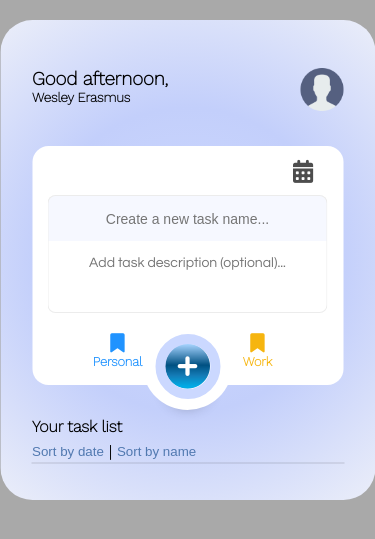
Repository: WesleyErasmus/Todo-App
Page: todoApp.html
These files come from the project's save history. The page is drawn as it stood at one moment and after the next save; the edit follows.
The browser window is 375 px wide. The pictures show the whole page.
Some web libraries are served in a nearby version.

Above is the page before, as saved 2022-06-25 11:52:31.

### todoApp.html
<!DOCTYPE html>
<html lang="en">

<head>
    <meta charset="UTF-8">
    <meta http-equiv="X-UA-Compatible" content="IE=edge">
    <meta name="viewport" content="width=device-width, initial-scale=1.0">
    <title>Todo App</title>
    <script src="https://kit.fontawesome.com/81ea498f91.js" crossorigin="anonymous"></script>
    <link rel="stylesheet" href="/source/css/todoApp.css">
    <script src="/source/script/todoApp.js" defer></script>
</head>

<body>
    <!-- App wrapper -->
    <main class="app-wrapper">
        <!-- App header -->
        <header>
            <!-- Greeting and Name -->
            <div class="app-heading">
                <h3>Good afternoon, </h3>
                <h5>Wesley Erasmus</h5>
            </div>
            <!-- Profile picture -->
            <div id="profile-picture">
                <img src="/images/user.png" alt="" style="width: 43px;">
            </div>
        </header>

        <!-- Categories section -->
        <section>
            <form id="task-list-form">
                <div class="create-submit">
                    <span class="error-validation-message">Please enter a task title</span>
                    <!-- Task title input -->
                    <input type="text" name="title" id="title" placeholder="Create a new task name..." />
                    <!-- task description textarea -->
                    <textarea name="description" id="description" cols="30" rows="3" placeholder="Add task description (optional)..."></textarea>
                    <!-- Due date calendar icon -->
                    <span class="datePicker-toggle">
                        <span class="datePicker-toggle-button"></span>
                        <input type="date" name="date" class="datePicker-input">
                        <i class="fa-solid fa-calendar-days"></i>
                    </span>
                    <!-- Calendar tooltip message -->
                    <span class="calendar-tooltip">Add a due date</span>

                    <!-- task submit button -->
                    <button id="add-task-btn" type="submit" value="create-new-task">
                        <!-- add task button -->
                        <i class="fa-solid fa-circle-plus"></i>
                    </button>
                    <div class="circle"></div>
                </div>

                <!-- Categories -->
                <div class="category-selectors">
                    <!-- Personal category -->
                    <label class="personal-category-btn">
                        <input type="radio" name="category" value="Personal" class="personal-category"
                            id="personal-category" checked />
                        <i class="fa-solid fa-bookmark"></i>
                        <h4 class="category-h4">Personal</h4>
                    </label>
                    <!-- Work category -->
                    <label class="work-category-btn">
                        <input type="radio" name="category" value="Work" class="work-category" id="work-category" />
                        <i class="fa-solid fa-bookmark"></i>
                        <h4 class="category-h4">Work</h4>
                    </label>
                </div>
                <!-- End of categories div -->
                </div>
            </form>
        </section>

        <!-- Task list is created here, new tasks are outputted below -->
        <section class="todo-list-output">
            <div id="list-header">
                <div>Your task list</div>
            </div>
            <!-- SEARCH BAR AND FILTER SECTION -->
            <div id="search-filter-section">
                <!-- SEARCH BAR -->
                <!-- <form id="search-bar">
                <input type="text"
                id="search-bar"
                placeholder="Search for task...">
                <button type="submit"><i class="fa fa-search"
                id="search-submit-btn"></i></button>
                </form> -->
                <!-- filter dropdown  ***WORK IN PROGRESS*** -->
                <button id="sort-by-date" value="date" onclick="dateSort()">Sort by date</button>
                <p>|</p>
                <button id="sort-by-name" value="name" onclick="nameSort()">Sort by name</button>
            </div>
            <!-- Actual task list output -->
            <div class="task-list" id="task-list">

            </div>
            <!-- End of task list -->
        </section>
    </main> <!-- End of App wrapper -->

</body>

</html>

### source/css/todoApp.css
/* GOOGLE FONT IMPORT */
@import url("https://fonts.googleapis.com/css2?family=Questrial&family=Work+Sans:wght@200&display=swap");

/* MEDIA QUERIES */
/* Mobile screen */
/* @media only screen and (max-width: 400px) {} */
/* Tablet screen */
/* @media only screen and (min-width: 768px) {} */
/* Desktop screen */
/* @media only screen and (min-width: 992px) {} */



/* Imported Font families: */
/* font-family: "Work Sans", sans-serif; */
/* font-family: "Questrial", sans-serif; */

/* >>>>>>>>>>>>>>>>UPDATES CSS ROOT VARIABLES<<<<<<<<<<<<<<< */
/* *** CSS VARIABLES *** */
:root {
  --light-background: #fff;
  --work: #f6b50f;
  --personal: #2093ff;
  /* --placeholder-text: #aeaeaec7; */
  --grey: #a9a9a9;
  --dark-grey: #4d4d4d;

  /* GRADIENT COLORS */
  --primary-gradient: -webkit-linear-gradient(
    top,
    #a7d4ff 0%,
    #005081 47%,
    #147bb6 70%,
    #00abe5 94%,
    #02a8e4 100%
  );
  --background: rgb(206, 217, 255);
  --background-color: radial-gradient(
    circle,
    rgba(206, 217, 255, 1) 0%,
    rgba(195, 207, 251, 1) 50%,
    rgba(235, 238, 249, 1) 100%
  );

  --delete: radial-gradient(
    circle,
    rgb(255, 9, 9) 26%,
    rgba(255, 88, 88, 1) 58%,
    rgb(255, 0, 0) 61%,
    rgba(255, 67, 67, 1) 68%
  );

  /* BOX-SHADOW */
  --box-shadow: rgba(0, 0, 0, 0.05) 0px 6px 24px 0px,
    rgba(0, 0, 0, 0.08) 0px 0px 0px 1px;
  /* TEXT-SHADOW */
  --text-shadows: rgba(0, 0, 0, 0.24) 0px 3px 8px;
}
/* END OF CSS VARIABLES */

/* UNIVERSAL SELECTOR STYLING */
* {
  box-sizing: border-box;
  margin: 0;
  padding: 0;
  list-style: none;
}
/* END OF UNIVERSAL SELECTOR STYLING */

/* RADIO AND CHECKBOX INPUT STYLING */
/* Below removes input and checkbox default styling */
input:not([type="radio"]):not([type="checkbox"]),
button {
  appearance: none;
  border: none;
  outline: none;
  cursor: initial;
  background: none;
}
/* Removes the radio selector */
input[type="radio"] {
  display: none;
}
/* END OF RADIO AND CHECKBOX INPUT STYLING */

/* Removes textarea resize styling */
textarea {
  resize: none;
}

/* UNIVERSAL PLACEHOLDER TEXT STYLING */
::placeholder {
  /* >>>>>>>>>>>Style placeholder text here<<<<<<< */
}

/* UNIVERSAL BUTTON STYLING */
button {
  appearance: none;
  border: none;
  outline: none;
  background: none;
  cursor: initial;
  cursor: pointer;
}
body {
  font-family: "Questrial", sans-serif;
}
/* APP WRAPPER/CONTAINER STYLING */
main {
  position: absolute;
  left: 50%;
  margin-right: -50%;
  transform: translate(-50%);
  background: var(--background);
  background-image: var(--background-color);
  border-radius: 2rem;
  padding: 2rem 2rem 0.5rem 2rem;
  flex: 1 1 0%;
  align-items: center;
  justify-content: center;
  max-width: 550px;
  width: 100%;
  height: auto;
  margin-top: 20px;
}
/* END OF APP WRAPPER/CONTAINER STYLING */

/* Styling for section HTML tags */
section {
  margin-top: 1rem;
  margin-bottom: 2rem;
}

/* Makes mouse cursor change to pointer when hovering over all labels */
label {
  cursor: pointer;
}

/* HEADER STYLING (Greeting, name, and profile image) */
header {
  display: flex;
  justify-content: space-between;
  padding: 1rem 0rem 1rem 0rem;
  border-radius: 1rem;
}

.app-heading {
    font-family: "Work Sans", sans-serif;
}
/* END OF HEADER STYLING */

/* TASK USER INPUTS STYLING */
#task-list-form {
  background-color: var(--light-background);
  border-radius: 1rem;
  padding-top: 1.65rem;
  margin: 0;
}

/* ADD DUE DATE CALENDAR STYLING */
/* Calendar icon positioning */
.datePicker-toggle {
  display: inline-block;
  position: absolute;
  right: 30px;
  top: -20px;
}
/* Removes default date input styling */
.datePicker-input {
  position: absolute;
  left: 0;
  top: 0;
  width: 100%;
  height: 100%;
  opacity: 0;
  cursor: pointer;
  box-sizing: border-box;
}
/* Calendar Tooltip hover styling */
.datePicker-toggle:hover {
  opacity: 0.85;
}
/* Calendar click */
.datePicker-toggle:active {
  transform: translateY(1px);
}
/* Hover over calendar to make tooltip visible */
/* >>>>>>>>>>>>>>>>MAKE AND I information circle icon next to calendar<<<<<<< */
.datePicker-toggle:hover + .calendar-tooltip {
  visibility: visible;
  opacity: 1;
}
.datePicker-input::-webkit-calendar-picker-indicator {
  position: absolute;
  left: 0;
  top: 0;
  width: 100%;
  height: 100%;
  margin: 0;
  padding: 0;
  cursor: pointer;
}
/*Calendar Tooltip styling */
.calendar-tooltip {
  visibility: hidden;
  position: absolute;
  width: 140px;
  height: 30px;
  right: 35px;
  top: -60px;
  font-size: 0.85rem;
  background-color: #f7f9ff;
  color: var(--dark-grey);
  text-align: center;
  padding: 8px 0;
  border-radius: 7px;
  z-index: 1;
  box-shadow: var(--box-shadow);
  /* Tooltip fade effect */
  opacity: 0;
  transition: opacity 0.5s;
}
/* Tooltip styling - adds tooltip arrow */
.calendar-tooltip::after {
  content: "";
  position: absolute;
  top: 100%;
  left: 85%;
  margin-left: -5px;
  border-width: 5px;
  border-style: solid;
  border-color: #d6e0ff transparent transparent transparent;
}
/* Calendar tooltip font styling */
.task-due-date {
  font-size: 0.85rem;
  color: var(--grey);
}
/* END OF DUE DATE CALENDAR STYLING */

/* Container for input fields and the task submit button */
.create-submit {
  position: relative;
  display: flex;
  flex-direction: column;
  justify-content: center;
  align-items: center;
  text-align: center;
  margin-top: 0.5rem;
}
/* Title and description input field */
#title {
  background: rgb(246, 248, 255);
  display: block;
  width: 90%;
  font-size: 14px;
  text-align: center;
  border: 0.1px solid #ececec;
  border-top-left-radius: 0.5rem;
  border-top-right-radius: 0.5rem;
  border-bottom: none;
  padding: 0.9rem 0rem 0.9rem 0rem;
  margin-top: 15px;
}
/* TASK TITLE ERROR MESSAGE IF TITLE IS BLACK / FORM VALIDATION */
/* Error message tooltip styling */
.error-validation-message {
  visibility: hidden;
  position: absolute;
  width: 250px;
  height: 40px;
  right: 180px;
  top: -40px;
  font-size: 0.85rem;
  background-color: #f7f9ff;
  color: var(--dark-grey);
  text-align: center;
  padding: 13px 0;
  border-radius: 7px;
  z-index: 1;
  box-shadow: var(--box-shadow);
  transition: all 1s;
  /* Tooltip fade effect */
  -webkit-animation: fadeinout 8s linear forwards;
  animation: fadeinout 8s linear forwards;
}
/* Keyframes for error message fade out */
@keyframes fadeinout {
  100% { opacity: 0; }
  75% { opacity: 1; }
  50% { opacity: 1; }
  0% { opacity: 1; }
  }
@-webkit-keyframes fadeinout {
100% { opacity: 0; }
75% { opacity: 1; }
50% { opacity: 1; }
0% { opacity: 1; }
}
/*Error message tooltip arrow styling */
.error-validation-message::after {
  content: "";
  position: absolute;
  top: 100%;
  left: 65%;
  margin-left: -5px;
  border-width: 8px;
  border-style: solid;
  border-color: #d6e0ff transparent transparent transparent;
}
/* END OF ERROR MESSAGE STYLING */
#description {
  /* background-color: #ececec4e; */
  text-align: center;
  font-family: "Questrial", sans-serif;
  display: block;
  width: 90%;
  font-size: 14px;
  padding: 0.9rem;
  appearance: none;
  border: 0.1px solid #ececec;
  border-bottom-left-radius: 0.5rem;
  border-bottom-right-radius: 0.5rem;
  border-top: none;
  outline: none;
  cursor: initial;
}

/* Hover */
#title:hover,
#description:hover {
  border-radius: 0.5rem;
  /* background-color: #ececec4e; */
  background-color: #ececec4e;
  /* background: rgb(246, 248, 255); */
  width: 90%;
}
/* Add new task submit button */
#add-task-btn {
  z-index: 10;
  position: absolute;
  display: block;
  margin: 0 auto;
  bottom: -86px;
  color: #ffffff;
  background: var(--primary-gradient);
  -webkit-background-clip: text;
  -webkit-text-fill-color: transparent;
  border: 10px solid #cbd8ff;
  border-radius: 9999px;
  transition: all 0s;
}
/* Hover */
#add-task-btn:hover {
  opacity: 0.75;
  transform: translateY(-1px);
}
/* Click */
#add-task-btn:active {
  transform: translateY(1px);
}
/* Div circle container behind the task submit button */
.circle {
  z-index: -1;
  position: absolute;
  bottom: -142px;
  left: 50%;
  margin-right: -50%;
  transform: translate(-50%, -50%);
  width: 90px;
  height: 90px;
  background-color: var(--light-background);
  border-bottom-left-radius: 100px;
  border-bottom-right-radius: 100px;
  border: none;
  box-shadow: rgba(0, 0, 0, 0.45) 0px 20px 15px -25px;
}
/* Task submit button sizing */
.fa-circle-plus {
  font-size: 45px;
}
/* END OF TODO INPUTS AND SUBMIT BTN STYLING */

/* STYLING FOR CATEGORY BUTTONS, PERSONAL AND WORK */
.category-selectors {
  width: 90%;
  display: flex;
  margin: 0 auto;
  justify-content: center;
  align-items: center;
  border-bottom-left-radius: 1rem;
  border-bottom-right-radius: 1rem;
}
/* Category labels */
.category-selectors label {
  display: flex;
  flex-direction: column;
  justify-content: center;
  align-items: center;
  background-color: var(--light-background);
  padding: 0.75rem 2rem;
  border-radius: 0.5rem;
}
.category-h4 {
  font-family: "Work Sans", sans-serif;
}
/* Label in task-items */
.task-item-label {
  height: 30px;
}

/* Color for personal category button */
.personal-category-btn {
  color: var(--personal);
  border-bottom-left-radius: 1rem;
}
/* Color for work category button */
.work-category-btn {
  color: var(--work);
  border-bottom-right-radius: 1rem;
}
/* Category button styling */
.work-category-btn,
.personal-category-btn {
  font-size: 0.8em;
  width: 100%;
  height: 70px;
  border: none;
  outline: none;
  margin-top: 2px;
  transition: all 0s;
}
/* Click styling */
label.work-category-btn:active {
  transform: translateY(0.5px);
  background-color: #f6b50f3a;
  border-bottom-left-radius: 1rem;
  border-bottom-right-radius: 1rem;
}
/* Click styling */
label.personal-category-btn:active {
  transform: translateY(0.5px);
  background-color: #2093ff2b;
  border-bottom-left-radius: 1rem;
  border-bottom-right-radius: 1rem;
}
/* Hover styling */
.work-category-btn:hover,
.personal-category-btn:hover {
  opacity: 0.75;
  transform: translateY(-1px);
  background-color: #ececec4e;
}
/*END OF STYLING FOR CATEGORY BUTTONS */

/* HEADER FOR TASK LIST */
#list-header {
  font-family: "Work Sans", sans-serif;
  width: 80%;
  display: flex;
  justify-content: space-between;
  margin-bottom: 0;
  font-weight: bold;
  margin-bottom: 0.5rem;
}
/* END HEADER FOR TASK LIST */

/* CONTAINER FOR SEARCH BAR AND SEARCH BUTTONS */
#search-filter-section {
  display: flex;
  margin-bottom: 3px;
}
/* Sort buttons */
#sort-by-date,
#sort-by-name {
  color: #5179b0;
}
/* Hover */
#sort-by-date:hover,
#sort-by-name:hover {
  opacity: 0.75;
  text-decoration: underline;
}
/* Sort buttons margin styling */
#sort-by-date {
  margin-right: 5px;
}
#sort-by-name {
  margin-left: 5px;
}
/* END OF SORT BUTTONS */
/* END OF STYLING FOR SORT BUTTON */

/* >>>>>>>>>>>>REMOVE THIS?<<<<<<<<<<<<<<<<<<<< */
/* SEARCH BAR STYLING */
#search-bar {
  position: relative;
  display: flex;
  justify-content: center;
  align-items: center;
  width: 47%;
}
/* Search bar input field */
#search-bar input {
  display: block;
  width: 100%;
  font-size: 0.9rem;
  padding: 0.5rem 1.5rem;
  padding-right: 0rem;
  background-color: var(--light-background);
  border-radius: 0.5rem;
  margin-bottom: 1rem;
  box-shadow: var(--box-shadow);
}
/* Search submit button */
#search-submit-btn {
  position: absolute;
  display: block;
  right: 0rem;
  top: 0;
  background-color: var(--light-background);
  border-top-left-radius: 0.5rem;
  border-bottom-left-radius: 0.5rem;
  border-top-right-radius: 0.5rem;
  border-bottom-right-radius: 0.5rem;
  padding: 0.53rem;
  color: var(--grey);
}
/*END OF SEARCH BAR STYLING */

/* END OF CONTAINER FOR SEARCH BAR AND SEARCH BUTTONS */

/* TASK LIST WHERE NEW TASKS ARE DISPLAYED */
#task-list {
  border-radius: 1rem;
  background-color: var(--light-background);
  box-shadow: var(--box-shadow);
}
/* Task item styling (styling for each created task*/
#task-list .task-item {
  display: flex;
  justify-content: space-between;
  padding: 1.2rem 1.5rem;
  margin-bottom: 0rem;
  border-bottom: 0.01px solid rgba(229, 225, 225, 0.919);
}
/* Hover */
div.task-item:hover {
  border-radius: 0.5rem;
  background-color: #ececec4e !important;
}
/* Task title font sizing */
input.task-title {
  color: #141823;
  /* color: #5179b0; */
  font-weight: 540;
  font-size: 15px;
  width: 100%;
  margin-bottom: 5px;
}
/* Strike-through for completed tasks ***NOT WORKING ON TASK DESCRIPTION*** */
.task-item.completed .task-content input {
  text-decoration: line-through;
  color: var(--grey);
}
/* Task description styling */
div.task-description {
  display: none;
  max-height: 150px;
  /* >>>>>>>>>> STYLE SCROLL BAR <<<<<<<<<<<< */
  overflow: auto;
  font-size: 14px;
  padding: 6px 3px 5px;
  border-radius: 7px;
  color: #373D3F;
  line-height: 1.1;

}
/*Task content container styling which contains:
Task title, Task description, Show description button */
.task-content {
  width: 100%;
  margin-left: 20px;
}
/* Task item flex display */
.task-content .task-item {
  flex: 1 1 0%;
}
/* Task item styling */
.task-content .task-item .text {
  color: var(--dark-grey);
  width: 100%;
  display: block;
  transition: 0.4s;
}
/* END OF TASK LIST STYLING */

/* EDIT & DELETE BUTTON STYLING */
.edit,
.delete {
  position: relative;
  right: -10px;
  top: -7px;
  transition: all 0.1s;
  cursor: pointer;
  font-size: 0.8rem;
}
/* Edit & delete button container */
.edit-delete {
  display: flex;
  height: 30px;
  flex-direction: row;
  justify-content: flex-start;
}
/* Hover */
.edit:hover,
.delete:hover {
  opacity: 0.75;
}
/* Click */
.edit:active,
.delete:active,
.fa-floppy-disk:active {
  transform: translateY(1px);
}
/* END OF EDIT & DELETE BUTTON STYLING */

/* TASK DESCRIPTION SHOW / HIDE STYLING */
/* Show/hide button styling */
.show-hide-description {
  margin-bottom: 5px;
  font-size: 0.8rem;
  position: relative;
  color: #5179b0;
}
/* Hover */
.show-hide-description:hover {
  opacity: 0.75;
  text-decoration: underline;
}
/* Click */
.show-hide-description:active {
  color: var(--dark-grey);
}
/* END OF TASK DESCRIPTION BUTTON STYLING */

/* FONT-AWESOME ICON STYLING */
/* EDIT BUTTON STYLING */
.fa-pencil {
  font-size: 1.1rem;
  margin: 5px;
  background: rgb(100,134,255);
  background: linear-gradient(90deg, rgb(38, 85, 255) 21%, rgb(75, 114, 255) 39%, rgb(107, 137, 255) 62%, rgb(35, 83, 255) 86%);
  -webkit-background-clip: text;
  -webkit-text-fill-color: transparent;
}
/* DELETE BUTTON STYLING */
.fa-trash {
  font-size: 1.1rem;
  margin: 5px;
  background: var(--delete);
  -webkit-background-clip: text;
  -webkit-text-fill-color: transparent;
}
/* SAVE BUTTON STYLING */
.fa-floppy-disk {
  font-size: 1.1rem;
  margin: 5px;
  background: var(--primary-gradient);
  -webkit-background-clip: text;
  -webkit-text-fill-color: transparent;
}
/* Category bookmark styling (icon color is styled in .personal-category-btn & .work-category-btn) */
.fa-bookmark {
  font-size: 1.2rem;
  margin-top: 3px;
}
/* Calendar icon */
.fa-calendar-days {
  font-size: 23px;
  color: var(--dark-grey);
}
/* END OF FONT-AWESOME BUTTON STYLING */

/* Mobile screen display */
@media only screen and (max-width: 400px) {

  body {
    background-color: #a9a9a9;
  }

  main {
    background-color: none;
    border-radius: none !important;
    padding: 2rem 2rem 0.5rem 2rem;
    flex: 1 1 0%;
    align-items: center;
    justify-content: center;
    width: 100%;
    height: auto;
    margin-top: 20px;
  }
}

Loaded but not shown: source/script/todoApp.js (244 lines, source omitted)

After the next save:
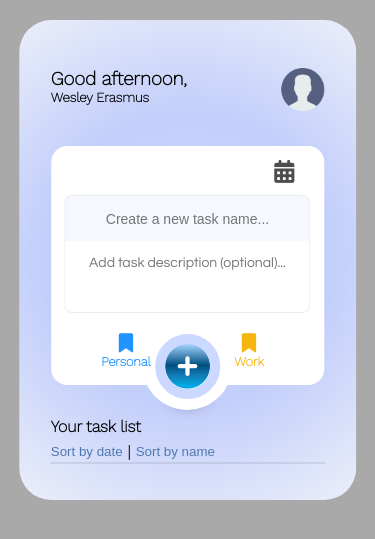
Saved 38 s later.
--- a/source/css/todoApp.css
+++ b/source/css/todoApp.css
@@ -691,12 +691,12 @@
 
   main {
     background-color: none;
-    border-radius: none !important;
+    border-radius: none;
     padding: 2rem 2rem 0.5rem 2rem;
     flex: 1 1 0%;
     align-items: center;
     justify-content: center;
-    width: 100%;
+    width: 90%;
     height: auto;
     margin-top: 20px;
   }

After the save that followed:
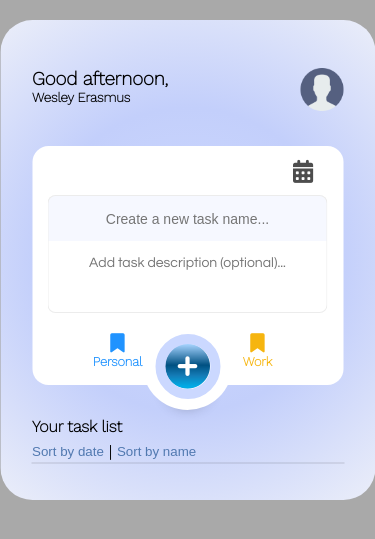
Saved 5 s later.
--- a/source/css/todoApp.css
+++ b/source/css/todoApp.css
@@ -696,7 +696,7 @@
     flex: 1 1 0%;
     align-items: center;
     justify-content: center;
-    width: 90%;
+    width: 100%;
     height: auto;
     margin-top: 20px;
   }
